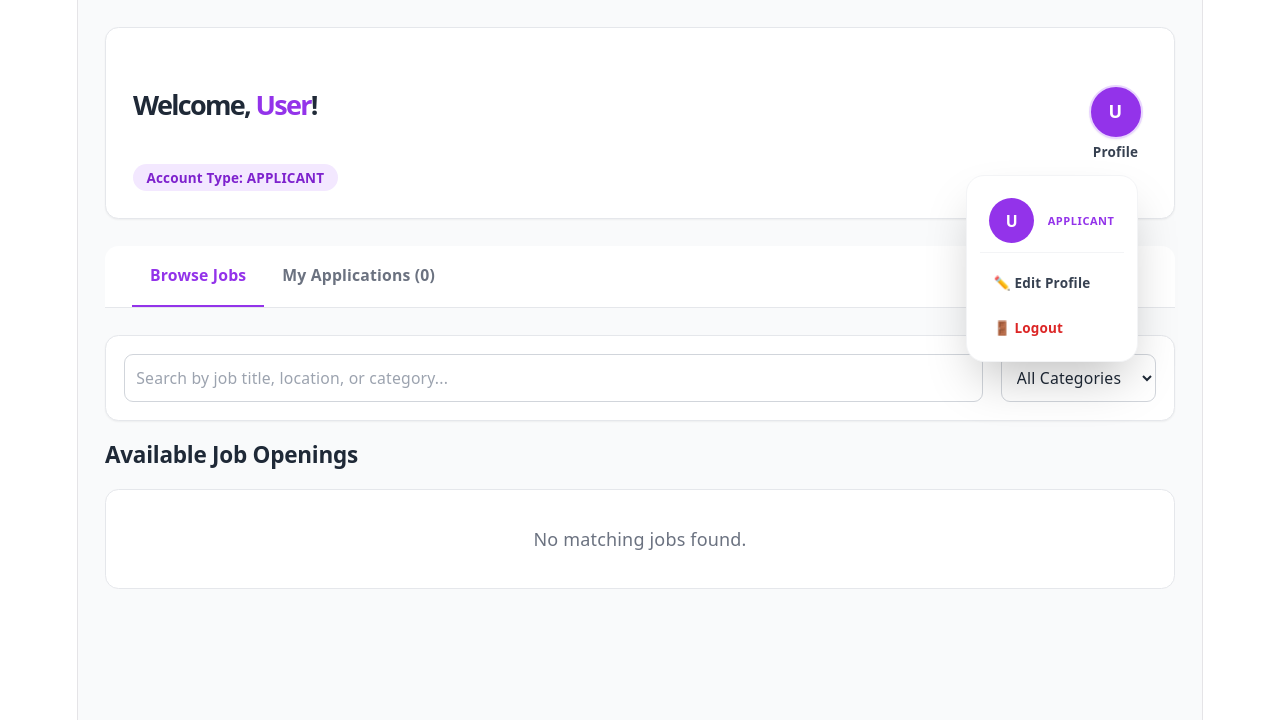
Repository: mdkawsarjomadder/job-portal
Page: /dashboard (app in job-portal/frontend/), after clicking the first element matching `button.flex`
An editor plug-in stored every save of this project. The page is shown before and after the next save, followed by the edit.
The browser window is 1280 px wide. The pictures show the whole page.
The page's requests for data from a server got no answer. The project was rebuilt for these pictures with package versions that can differ from the ones it lists, and the page was loaded fresh each time. No one was signed in, and anything a server would have sent is missing. Also part of the build but not shown: job-portal/frontend/vite.config.js, job-portal/frontend/src/pages/Login.jsx, job-portal/frontend/src/pages/Register.jsx, job-portal/frontend/src/pages/EmployerDashboard.jsx, job-portal/frontend/src/pages/MyApplications.jsx, job-portal/frontend/src/pages/CreateJob.jsx, job-portal/frontend/src/pages/Home.jsx. Imported but missing from the stored project, and not drawn on this page: job-portal/frontend/src/pages/Profile.

Above is the page before, as saved 2026-09-18 21:25:36.

### job-portal/frontend/src/index.css
@tailwind base;
@tailwind components;
@tailwind utilities;

:root {
  --text: #6b6375;
  --text-h: #08060d;
  --bg: #fff;
  --border: #e5e4e7;
  --code-bg: #f4f3ec;
  --accent: #aa3bff;
  --accent-bg: rgba(170, 59, 255, 0.1);
  --accent-border: rgba(170, 59, 255, 0.5);
  --social-bg: rgba(244, 243, 236, 0.5);
  --shadow: rgba(0, 0, 0, 0.1) 0 10px 15px -3px, rgba(0, 0, 0, 0.05) 0 4px 6px -2px;

  --sans: system-ui, 'Segoe UI', Roboto, sans-serif;
  --heading: system-ui, 'Segoe UI', Roboto, sans-serif;
  --mono: ui-monospace, Consolas, monospace;

  font: 18px/145% var(--sans);
  letter-spacing: 0.18px;
  color-scheme: light dark;
  color: var(--text);
  background: var(--bg);
  font-synthesis: none;
  text-rendering: optimizeLegibility;
  -webkit-font-smoothing: antialiased;
  -moz-osx-font-smoothing: grayscale;
}

@media (max-width: 1024px) {
  :root {
    font-size: 16px;
  }
}

@media (prefers-color-scheme: dark) {
  :root {
    --text: #9ca3af;
    --text-h: #f3f4f6;
    --bg: #16171d;
    --border: #2e303a;
    --code-bg: #1f2028;
    --accent: #c084fc;
    --accent-bg: rgba(192, 132, 252, 0.15);
    --accent-border: rgba(192, 132, 252, 0.5);
    --social-bg: rgba(47, 48, 58, 0.5);
    --shadow: rgba(0, 0, 0, 0.4) 0 10px 15px -3px, rgba(0, 0, 0, 0.25) 0 4px 6px -2px;
  }

  #social .button-icon {
    filter: invert(1) brightness(2);
  }
}

body {
  margin: 0;
}

#root {
  width: 1126px;
  max-width: 100%;
  margin: 0 auto;
  text-align: center;
  border-inline: 1px solid var(--border);
  min-height: 100svh;
  display: flex;
  flex-direction: column;
  box-sizing: border-box;
}

h1,
h2 {
  font-family: var(--heading);
  font-weight: 500;
  color: var(--text-h);
}

h1 {
  font-size: 56px;
  letter-spacing: -1.68px;
  margin: 32px 0;
}

h2 {
  font-size: 24px;
  line-height: 118%;
  letter-spacing: -0.24px;
  margin: 0 0 8px;
}

@media (max-width: 1024px) {
  h1 {
    font-size: 36px;
    margin: 20px 0;
  }
  h2 {
    font-size: 20px;
  }
}

p {
  margin: 0;
}

code,
.counter {
  font-family: var(--mono);
  display: inline-flex;
  border-radius: 4px;
  color: var(--text-h);
}

code {
  font-size: 15px;
  line-height: 135%;
  padding: 4px 8px;
  background: var(--code-bg);
}

### job-portal/frontend/src/App.jsx
import { BrowserRouter as Router, Routes, Route, Navigate } from 'react-router-dom';
import Login from './pages/Login';
import Register from './pages/Register';
import ApplicantDashboard from './pages/ApplicantDashboard';
import EmployerDashboard from './pages/EmployerDashboard';
import MyApplications from './pages/MyApplications';
import CreateJob from './pages/CreateJob';
import Home from './pages/Home';
import Profile from './pages/Profile';



function App() {
  return (
    <Router>
      <Routes>
        <Route path="/" element={<Home />} />
        <Route path="/home" element={<Home />} />
        <Route path="/login" element={<Login />} />
        <Route path="/profile" element={<Profile />} />
        <Route path="/register" element={<Register />} />
        <Route path="/my-applications" element={<MyApplications />} />
        <Route path="/dashboard" element={<ApplicantDashboard />} />
        <Route path="/employerdashboard" element={<EmployerDashboard />} />
        <Route path="/create-job" element={<CreateJob />} />
        <Route path="*" element={<Navigate to="/" replace />} />
      </Routes>
    </Router>
  );
}

export default App;

### job-portal/frontend/src/pages/ApplicantDashboard.jsx
import React, { useState, useEffect, useRef } from 'react';
import axios from 'axios';
import { useNavigate } from 'react-router-dom';

export default function ApplicantDashboard() {
  const navigate = useNavigate();
  const [user, setUser] = useState(null);
  const [jobs, setJobs] = useState([]);
  const [appliedJobs, setAppliedJobs] = useState([]);
  const [activeTab, setActiveTab] = useState('browse');
  const [selectedJob, setSelectedJob] = useState(null);
  const [resumeFile, setResumeFile] = useState(null);
  const [isModalOpen, setIsModalOpen] = useState(false);

  // Profile Dropdown State
  const [isDropdownOpen, setIsDropdownOpen] = useState(false);
  const dropdownRef = useRef(null);

  // Loading & Toast Notification States
  const [isSubmitting, setIsSubmitting] = useState(false);
  const [toastMessage, setToastMessage] = useState('');
  const [toastType, setToastType] = useState('success');

  // Search & Filter States
  const [searchTerm, setSearchTerm] = useState('');
  const [selectedCategory, setSelectedCategory] = useState('All');

  useEffect(() => {
    fetchLatestProfile();
    fetchJobs();
    fetchMyApplications();
  }, []);

  // API থেকে লেটেস্ট Avatar সহ ইউজার ডাটা ফেচ করা
  const fetchLatestProfile = async () => {
    const token = localStorage.getItem('token');
    const storedUser = localStorage.getItem('user');

    if (storedUser) {
      setUser(JSON.parse(storedUser));
    }

    if (!token) return;

    try {
      const res = await axios.get('http://localhost:5000/api/jobs/profile', {
        headers: { Authorization: `Bearer ${token}` },
      });
      if (res.data) {
        setUser(res.data);
        localStorage.setItem('user', JSON.stringify(res.data));
      }
    } catch (err) {
      console.error('Error fetching fresh profile:', err);
    }
  };

  // Dropdown Close on Outside Click
  useEffect(() => {
    const handleClickOutside = (event) => {
      if (dropdownRef.current && !dropdownRef.current.contains(event.target)) {
        setIsDropdownOpen(false);
      }
    };
    document.addEventListener('mousedown', handleClickOutside);
    return () => document.removeEventListener('mousedown', handleClickOutside);
  }, []);

  const fetchJobs = async () => {
    try {
      const res = await axios.get('http://localhost:5000/api/jobs');
      setJobs(res.data);
    } catch (err) {
      console.error('Error fetching jobs:', err);
    }
  };

  const fetchMyApplications = async () => {
    const token = localStorage.getItem('token');
    if (!token) return;

    try {
      const res = await axios.get('http://localhost:5000/api/jobs/my-applications', {
        headers: { Authorization: `Bearer ${token}` },
      });
      setAppliedJobs(res.data);
    } catch (err) {
      console.error('Error fetching applications:', err);
    }
  };

  const showToast = (message, type = 'success') => {
    setToastMessage(message);
    setToastType(type);

    setTimeout(() => {
      setToastMessage('');
    }, 4000);
  };

  const handleApplyClick = (job) => {
    const token = localStorage.getItem('token');
    if (!token) {
      showToast('Please login to apply', 'error');
      return;
    }
    setSelectedJob(job);
    setIsModalOpen(true);
  };

  const handleFormSubmit = async (e) => {
    e.preventDefault();

    if (!resumeFile) {
      showToast('Please select a PDF resume file first!', 'error');
      return;
    }

    const token = localStorage.getItem('token');

    const formData = new FormData();
    formData.append('jobId', selectedJob.id);
    formData.append('resume', resumeFile);

    setIsSubmitting(true);

    try {
      const res = await axios.post('http://localhost:5000/api/jobs/apply', formData, {
        headers: {
          Authorization: `Bearer ${token}`,
          'Content-Type': 'multipart/form-data',
        },
      });

      setIsSubmitting(false);
      setIsModalOpen(false);
      setResumeFile(null);
      setSelectedJob(null);
      fetchMyApplications();

      showToast(res.data.message || 'Applied successfully with uploaded resume!', 'success');

    } catch (err) {
      setIsSubmitting(false);
      console.error('Application Error:', err);
      showToast(err.response?.data?.message || 'Failed to apply', 'error');
    }
  };

  const handleLogout = () => {
    localStorage.removeItem('token');
    localStorage.removeItem('user');
    navigate('/login');
  };

  const filteredJobs = jobs.filter((job) => {
    const query = searchTerm.trim().toLowerCase();

    const titleMatch = job?.title ? job.title.toLowerCase().includes(query) : false;
    const locationMatch = job?.location ? job.location.toLowerCase().includes(query) : false;
    const categoryMatch = job?.category ? job.category.toLowerCase().includes(query) : false;

    const matchesSearch = query === '' || titleMatch || locationMatch || categoryMatch;

    const matchesCategoryDropdown =
      selectedCategory === 'All' ||
      (job?.category && job.category.toLowerCase() === selectedCategory.toLowerCase());

    return matchesSearch && matchesCategoryDropdown;
  });

  return (
    <div className="min-h-screen bg-gray-50 p-6 text-left relative">

      {/* Toast Notification */}
      {toastMessage && (
        <div className="fixed top-5 right-5 z-50 animate-bounce">
          <div
            className={`px-5 py-3 rounded-xl shadow-lg text-white text-sm font-semibold flex items-center gap-2 ${
              toastType === 'success' ? 'bg-green-600' : 'bg-red-600'
            }`}
          >
            <span>{toastType === 'success' ? '✓' : '✕'}</span>
            <span>{toastMessage}</span>
          </div>
        </div>
      )}

      <div className="max-w-5xl mx-auto space-y-6">

        {/* Profile Header Card */}
        <div className="bg-white p-6 rounded-xl shadow-sm border border-gray-200 flex flex-col md:flex-row justify-between items-start md:items-center gap-4">
          <div>
            <h1 className="text-2xl font-bold text-gray-800">
              Welcome, <span className="text-purple-600">{user?.name || 'User'}</span>!
            </h1>
            <p className="text-sm text-gray-500">{user?.email}</p>
            <span className="inline-block mt-2 px-3 py-1 bg-purple-100 text-purple-700 text-xs font-semibold rounded-full">
              Account Type: {user?.role || 'APPLICANT'}
            </span>
          </div>

          {/* User Profile Dropdown Section */}
          <div className="relative" ref={dropdownRef}>
            <button
              onClick={() => setIsDropdownOpen(!isDropdownOpen)}
              className="flex flex-col items-center justify-center p-1 rounded-xl hover:bg-gray-50 transition focus:outline-none"
            >
              {/* Profile Avatar */}
              <div className="w-12 h-12 rounded-full bg-purple-600 text-white font-bold text-base flex items-center justify-center overflow-hidden border-2 border-purple-200 shadow-sm shrink-0">
                {user?.avatar ? (
                  <img
                    src={user.avatar}
                    alt={user.name}
                    className="w-full h-full object-cover"
                    onError={(e) => { e.target.style.display = 'none'; }}
                  />
                ) : (
                  user?.name?.charAt(0).toUpperCase() || 'U'
                )}
              </div>

              {/* User Name */}
              <span className="text-xs font-semibold text-gray-700 mt-1 max-w-[120px] truncate text-center">
                {user?.name || 'Profile'}
              </span>
            </button>

            {/* Dropdown Menu - Position Fixed to Align Correctly */}
            {isDropdownOpen && (
              <div className="absolute right-2 mt-2 w-50 bg-white rounded-2xl shadow-2xl border border-gray-100 p-3 z-50 transform origin-top-right transition-all">
                {/* Header User Details */}
                <div className="flex items-center gap-3 p-2 border-b border-gray-100 mb-2">
                  <div className="w-10 h-10 rounded-full bg-purple-600 text-white font-bold text-sm flex items-center justify-center overflow-hidden shrink-0">
                    {user?.avatar ? (
                      <img
                        src={user.avatar}
                        alt={user.name}
                        className="w-full h-full object-cover"
                        onError={(e) => { e.target.style.display = 'none'; }}
                      />
                    ) : (
                      user?.name?.charAt(0).toUpperCase() || 'U'
                    )}
                  </div>
                  <div className="overflow-hidden">
                    <p className="text-sm font-bold text-gray-800 truncate">{user?.name}</p>
                    <p className="text-[11px] font-bold text-purple-600 uppercase tracking-wider">
                      {user?.role || 'APPLICANT'}
                    </p>
                  </div>
                </div>

                {/* Dropdown Action Buttons */}
                <div className="space-y-1">
                  <button
                    onClick={() => {
                      setIsDropdownOpen(false);
                      navigate('/profile');
                    }}
                    className="w-full text-left px-3 py-2.5 text-xs font-semibold text-gray-700 hover:bg-purple-50 hover:text-purple-700 rounded-xl transition flex items-center gap-2"
                  >
                    ✏️ Edit Profile
                  </button>

                  <button
                    onClick={handleLogout}
                    className="w-full text-left px-3 py-2.5 text-xs font-semibold text-red-600 hover:bg-red-50 rounded-xl transition flex items-center gap-2"
                  >
                    🚪 Logout
                  </button>
                </div>
              </div>
            )}
          </div>
        </div>

        {/* Navigation Tabs */}
        <div className="flex border-b border-gray-200 bg-white px-6 rounded-t-xl">
          <button
            onClick={() => setActiveTab('browse')}
            className={`py-4 px-4 font-semibold text-sm border-b-2 transition-colors ${
              activeTab === 'browse'
                ? 'border-purple-600 text-purple-600'
                : 'border-transparent text-gray-500 hover:text-gray-700'
            }`}
          >
            Browse Jobs
          </button>
          <button
            onClick={() => setActiveTab('applications')}
            className={`py-4 px-4 font-semibold text-sm border-b-2 transition-colors ${
              activeTab === 'applications'
                ? 'border-purple-600 text-purple-600'
                : 'border-transparent text-gray-500 hover:text-gray-700'
            }`}
          >
            My Applications ({appliedJobs.length})
          </button>
        </div>

        {/* Tab Content */}
        {activeTab === 'browse' ? (
          <div className="space-y-4">
            {/* Search Bar & Category Select */}
            <div className="flex flex-col md:flex-row gap-4 bg-white p-4 rounded-xl border border-gray-200 shadow-sm">
              <input
                type="text"
                placeholder="Search by job title, location, or category..."
                value={searchTerm}
                onChange={(e) => setSearchTerm(e.target.value)}
                className="flex-1 border border-gray-300 rounded-lg p-2.5 text-sm text-gray-800 bg-white focus:outline-none focus:ring-2 focus:ring-purple-500"
              />
              <select
                value={selectedCategory}
                onChange={(e) => setSelectedCategory(e.target.value)}
                className="border border-gray-300 rounded-lg p-2.5 text-sm text-gray-800 focus:outline-none focus:ring-2 focus:ring-purple-500 bg-white"
              >
                <option value="All">All Categories</option>
                <option value="IT">IT / Software</option>
                <option value="Dev Developer">Dev Developer</option>
                <option value="Design">Design</option>
                <option value="Marketing">Marketing</option>
              </select>
            </div>

            <h2 className="text-xl font-bold text-gray-800">Available Job Openings</h2>

            {filteredJobs.length === 0 ? (
              <div className="bg-white p-8 text-center text-gray-500 rounded-xl border border-gray-200">
                No matching jobs found.
              </div>
            ) : (
              <div className="grid grid-cols-1 md:grid-cols-2 gap-4">
                {filteredJobs.map((job) => (
                  <div key={job.id} className="bg-white p-5 rounded-xl border border-gray-200 shadow-sm hover:shadow-md transition">
                    <div className="flex justify-between items-start">
                      <div>
                        <h3 className="font-bold text-lg text-gray-800">{job.title}</h3>
                        <p className="text-sm text-gray-500 font-medium">{job.employer?.name || 'Company'}</p>
                      </div>
                      <span className="px-2.5 py-1 bg-green-100 text-green-700 text-xs font-semibold rounded-md">
                        {job.jobType}
                      </span>
                    </div>

                    <div className="mt-4 text-sm text-gray-600 space-y-1">
                      <p>📍 {job.location}</p>
                      <p>💼 {job.category}</p>
                      <p>💰 {job.salary}</p>
                    </div>

                    <button
                      onClick={() => handleApplyClick(job)}
                      className="mt-5 w-full bg-purple-600 hover:bg-purple-700 text-white font-medium py-2 rounded-lg transition duration-200"
                    >
                      Apply Now
                    </button>
                  </div>
                ))}
              </div>
            )}
          </div>
        ) : (
          <div className="space-y-4">
            <h2 className="text-xl font-bold text-gray-800">Applied Jobs</h2>
            {appliedJobs.length === 0 ? (
              <div className="bg-white p-8 text-center text-gray-500 rounded-xl border border-gray-200">
                You haven't applied to any jobs yet.
              </div>
            ) : (
              <div className="bg-white rounded-xl border border-gray-200 overflow-hidden">
                <table className="w-full text-left border-collapse">
                  <thead>
                    <tr className="bg-gray-50 border-b border-gray-200 text-xs font-semibold text-gray-500 uppercase">
                      <th className="p-4">Job Title</th>
                      <th className="p-4">Category</th>
                      <th className="p-4">Applied Date</th>
                      <th className="p-4">Status</th>
                    </tr>
                  </thead>
                  <tbody className="divide-y divide-gray-200 text-sm">
                    {appliedJobs.map((app) => (
                      <tr key={app.id}>
                        <td className="p-4 font-semibold text-gray-800">{app.job?.title}</td>
                        <td className="p-4 text-gray-600">{app.job?.category}</td>
                        <td className="p-4 text-gray-500">
                          {new Date(app.appliedAt).toLocaleDateString()}
                        </td>
                        <td className="p-4">
                          <span
                            className={`px-2.5 py-1 text-xs font-semibold rounded-full ${
                              app.status === 'SHORTLISTED'
                                ? 'bg-green-100 text-green-700'
                                : app.status === 'REJECTED'
                                ? 'bg-red-100 text-red-700'
                                : 'bg-yellow-100 text-yellow-800'
                            }`}
                          >
                            {app.status}
                          </span>
                        </td>
                      </tr>
                    ))}
                  </tbody>
                </table>
              </div>
            )}
          </div>
        )}

      </div>

      {/* File Upload Modal */}
      {isModalOpen && (
        <div className="fixed inset-0 bg-black/50 backdrop-blur-sm flex justify-center items-center p-4 z-50">
          <div className="bg-white rounded-2xl p-6 max-w-md w-full shadow-xl space-y-4">
            <div className="flex justify-between items-center border-b pb-3">
              <h3 className="font-bold text-lg text-gray-800">
                Apply for <span className="text-purple-600">{selectedJob?.title}</span>
              </h3>
              <button
                onClick={() => setIsModalOpen(false)}
                className="text-gray-400 hover:text-gray-600 text-lg font-bold"
              >
                ✕
              </button>
            </div>

            <form onSubmit={handleFormSubmit} className="space-y-4">
              <div>
                <label className="block text-sm font-semibold text-gray-700 mb-2">
                  Upload Your Resume (PDF format)
                </label>
                <input
                  type="file"
                  accept=".pdf"
                  onChange={(e) => setResumeFile(e.target.files[0])}
                  className="w-full text-sm text-gray-500 file:mr-4 file:py-2 file:px-4 file:rounded-lg file:border-0 file:text-sm file:font-semibold file:bg-purple-50 file:text-purple-700 hover:file:bg-purple-100 border border-gray-300 rounded-lg p-1.5"
                  required
                />
              </div>

              <div className="flex justify-end gap-3 pt-2">
                <button
                  type="button"
                  onClick={() => setIsModalOpen(false)}
                  className="px-4 py-2 border border-gray-300 rounded-lg text-sm font-medium text-gray-700 hover:bg-gray-50"
                >
                  Cancel
                </button>
                <button
                  type="submit"
                  disabled={isSubmitting}
                  className={`px-4 py-2 bg-purple-600 text-white rounded-lg text-sm font-medium transition ${
                    isSubmitting ? 'opacity-50 cursor-not-allowed' : 'hover:bg-purple-700'
                  }`}
                >
                  {isSubmitting ? 'Uploading...' : 'Submit Application'}
                </button>
              </div>
            </form>
          </div>
        </div>
      )}

    </div>
  );
}

Loaded but not shown: job-portal/frontend/src/main.jsx (common file); job-portal/frontend/tailwind.config.js (common file)

After the next save:
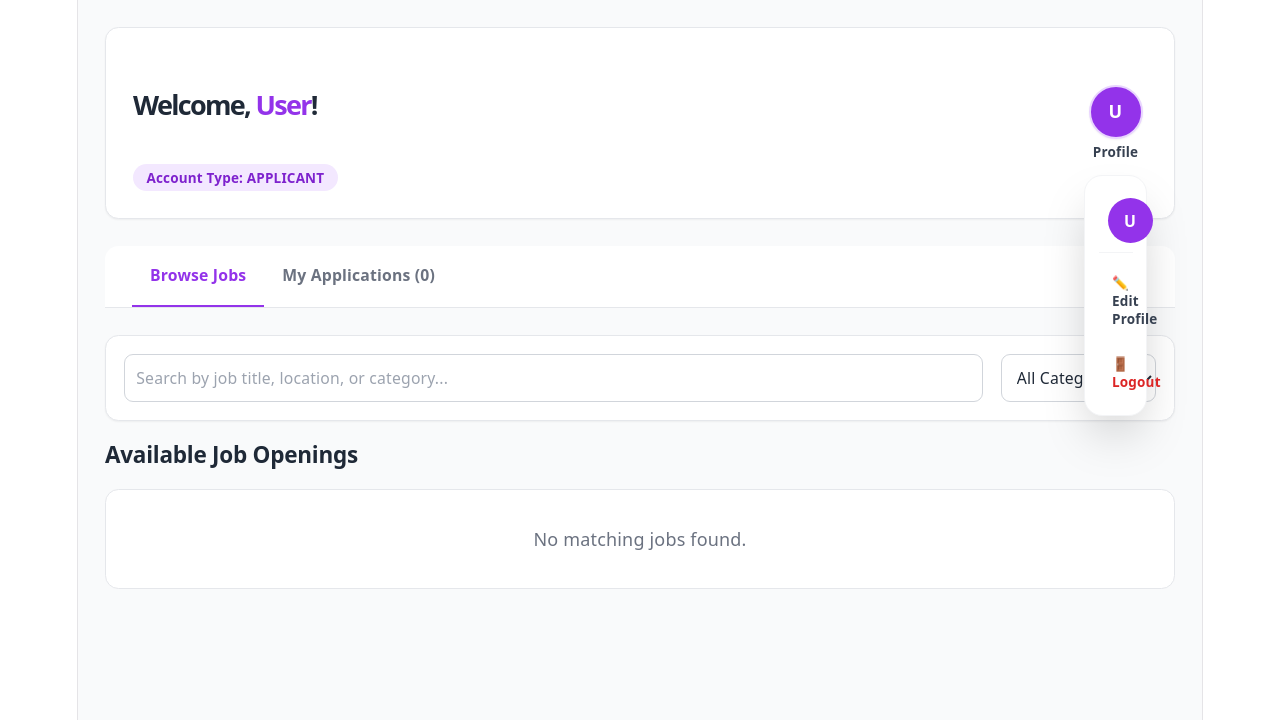
Saved 2 min 23 s later.
--- a/job-portal/frontend/src/pages/ApplicantDashboard.jsx
+++ b/job-portal/frontend/src/pages/ApplicantDashboard.jsx
@@ -228,7 +228,7 @@ export default function ApplicantDashboard() {
 
             {/* Dropdown Menu - Position Fixed to Align Correctly */}
             {isDropdownOpen && (
-              <div className="absolute right-2 mt-2 w-50 bg-white rounded-2xl shadow-2xl border border-gray-100 p-3 z-50 transform origin-top-right transition-all">
+              <div className="absolute inset-x-0 mt-2 w-50 bg-white rounded-2xl shadow-2xl border border-gray-100 p-3 z-50 transform origin-top-right transition-all">
                 {/* Header User Details */}
                 <div className="flex items-center gap-3 p-2 border-b border-gray-100 mb-2">
                   <div className="w-10 h-10 rounded-full bg-purple-600 text-white font-bold text-sm flex items-center justify-center overflow-hidden shrink-0">
